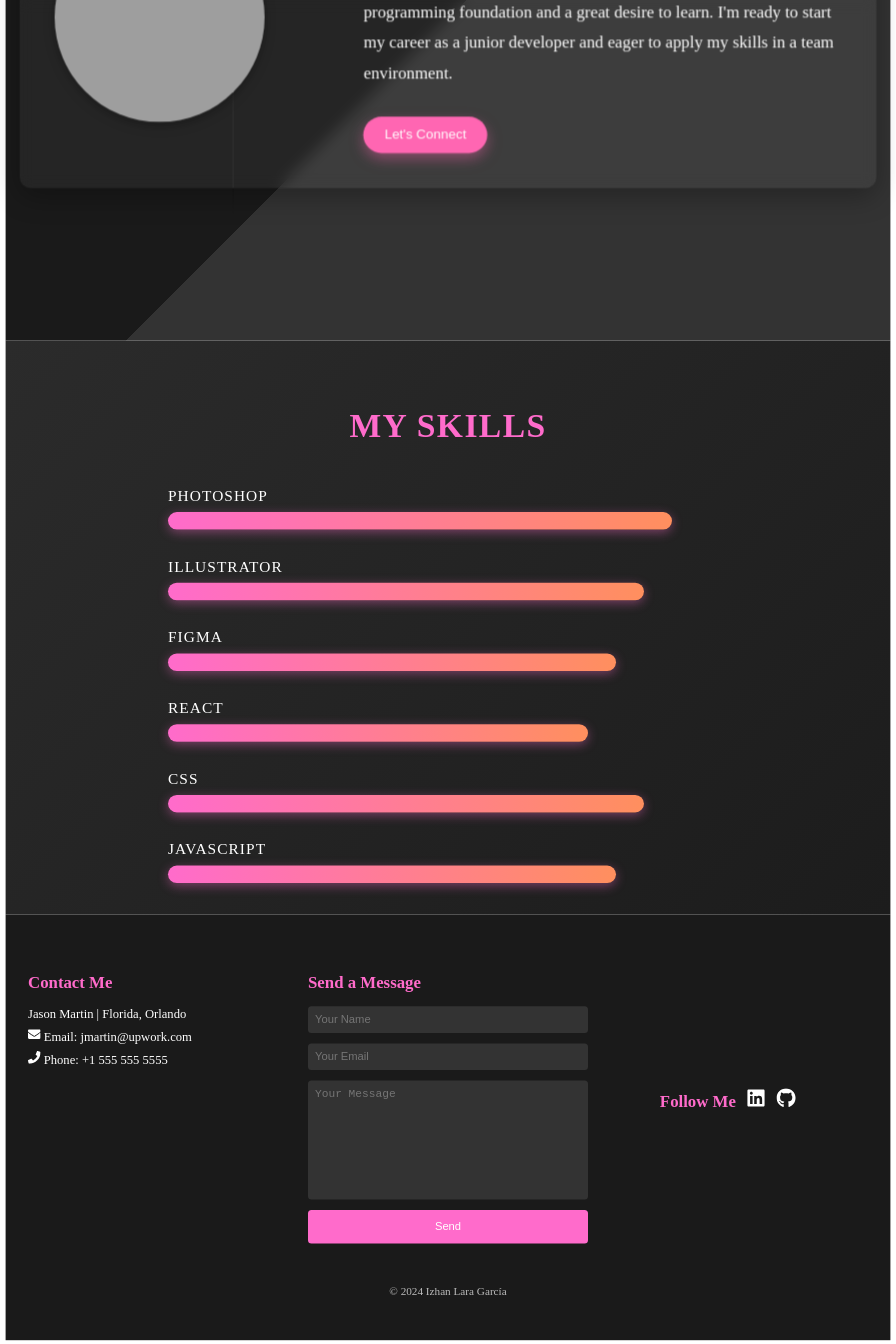
Repository: izhanlaraagarcia/izhanlaraagarcia.github.io
Page: / (app in vite-project/)
The author's editor kept a copy of each file at every save. The page is drawn from the files as they stood at one save, then again after the next save.
The browser window is 1280 px wide. The pictures show the part of the page from y = 1241 to 3161 px (the page is 3164 px tall), at 70% of full size.
Pictures or frames that could not be fetched are drawn as grey boxes. The project was rebuilt for these pictures with package versions that can differ from the ones it lists, and the page was loaded fresh each time. Also part of the build but not shown: vite-project/vite.config.js.

Above is the page before, as saved 2024-09-18 12:24:28.

After the next save:
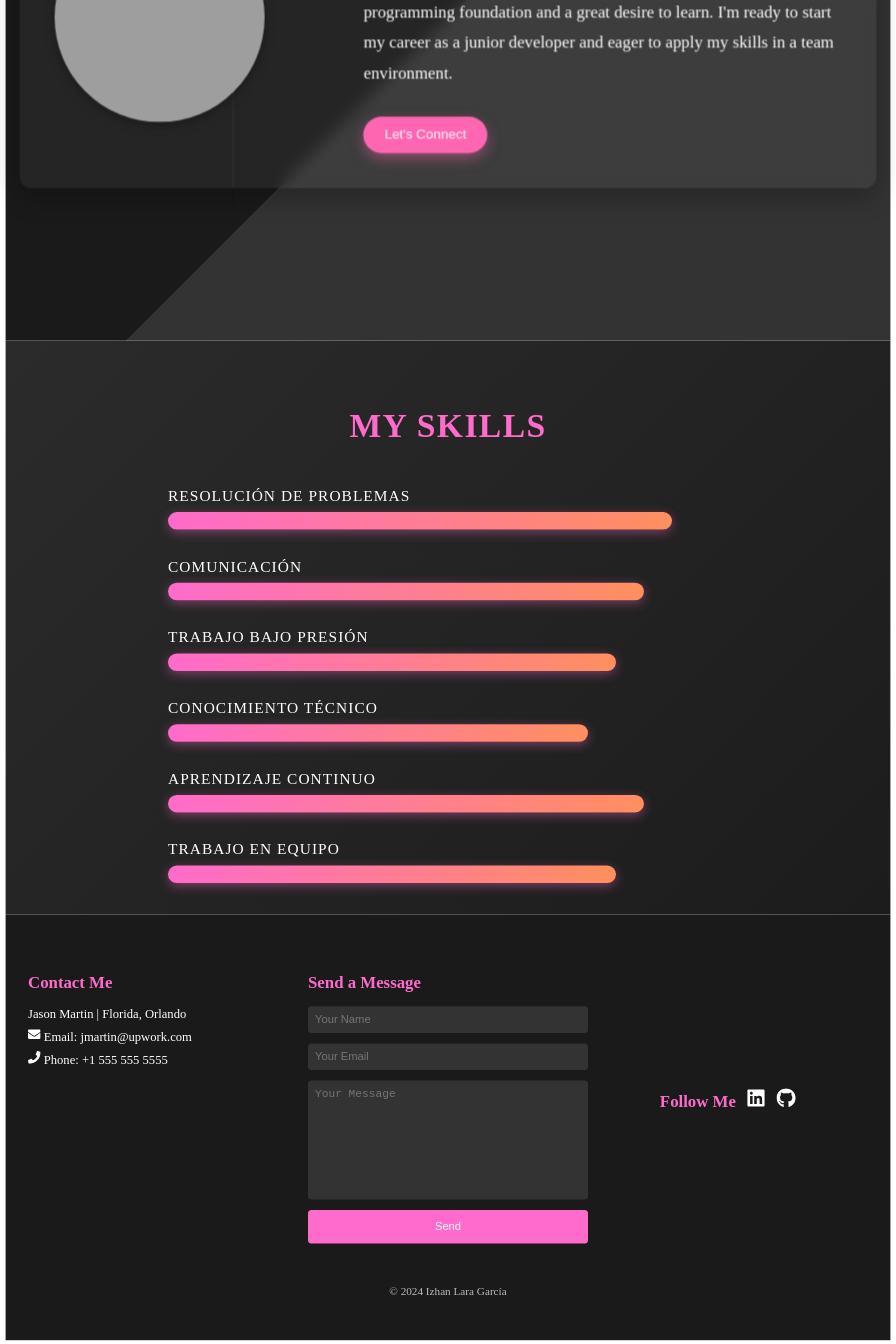
Saved 11 s later.
--- a/vite-project/src/components/SkillsComponent.jsx
+++ b/vite-project/src/components/SkillsComponent.jsx
@@ -3,12 +3,12 @@ import React from 'react';
 import { motion } from 'framer-motion';
 
 const skills = [
-  { name: 'Photoshop', level: '90%' },
-  { name: 'Illustrator', level: '85%' },
-  { name: 'Figma', level: '80%' },
-  { name: 'React', level: '75%' },
-  { name: 'CSS', level: '85%' },
-  { name: 'JavaScript', level: '80%' },
+  { name: 'Resolución de problemas', level: '90%' },
+  { name: 'Comunicación', level: '85%' },
+  { name: 'Trabajo bajo presión', level: '80%' },
+  { name: 'Conocimiento técnico', level: '75%' },
+  { name: 'Aprendizaje continuo', level: '85%' },
+  { name: 'Trabajo en equipo', level: '80%' },
 ];
 
 const containerVariants = {
